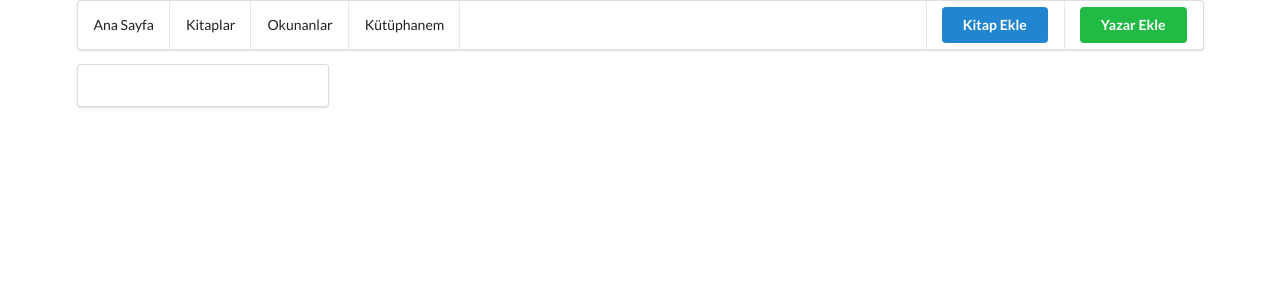
Repository: rizacantire/libraryReactApp
Page: /
An editor plug-in stored every save of this project. The page is shown before and after the next save, followed by the edit.
The browser window is 1280 px wide. The pictures show the whole page.
The page's requests for data from a server got no answer. The project was rebuilt for these pictures with package versions that can differ from the ones it lists, and the page was loaded fresh each time. No one was signed in, and anything a server would have sent is missing.

Above is the page before, as saved 2021-08-17 22:42:04.

After the next save:
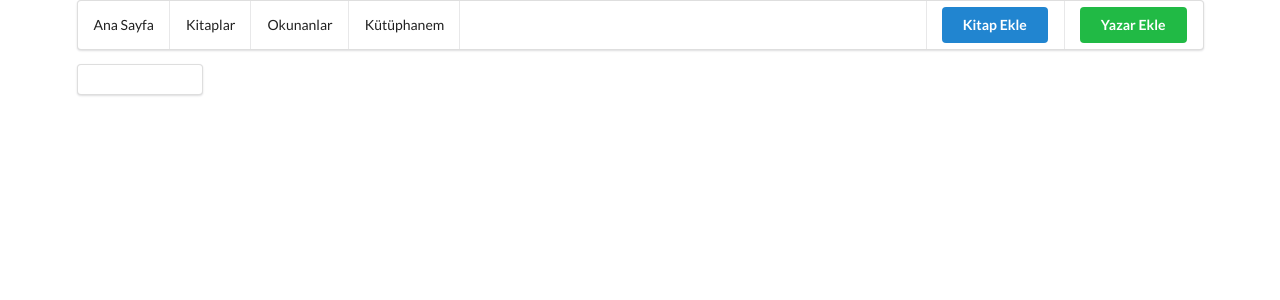
Saved 10 s later.
--- a/src/pages/CategoryList.jsx
+++ b/src/pages/CategoryList.jsx
@@ -13,7 +13,7 @@ export default function CategoryList() {
   }, []);
   return (
     <div>
-      <Menu vertical size="large">
+      <Menu vertical size="mini">
         {categories.map((category) => (
           <Menu.Item key={category.categoryId}>
             <Link to={`/bookCategory/${category.categoryId}`}>
